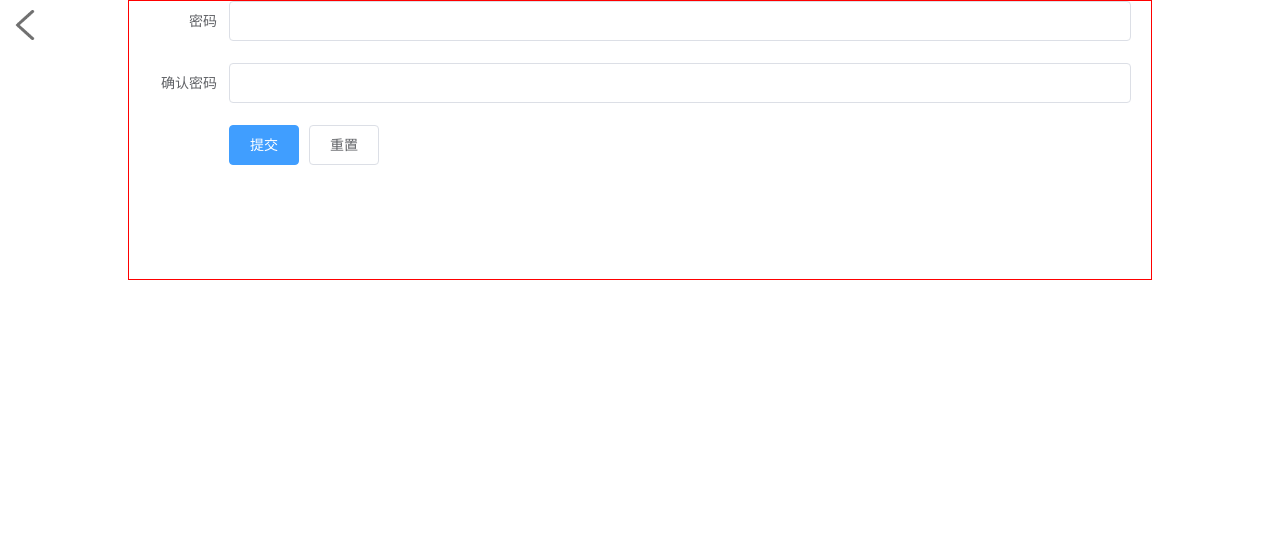
Repository: panlin520-team/lnmj-staffH5
Page: /#/forgetpassword
The author's editor kept a copy of each file at every save. The page is drawn from the files as they stood at one save, then again after the next save.
The browser window is 1280 px wide. The pictures show the whole page.
The project was rebuilt for these pictures with package versions that can differ from the ones it lists, and the page was loaded fresh each time. Also part of the build but not shown: src/views/Lojin.vue.

Above is the page before, as saved 2020-04-08 11:51:52.

### src/main.js
import Vue from 'vue'
import App from './App.vue'
import router from './router'
import store from './store'
import ElementUI from 'element-ui'
import '@/assets/scss/reset.less'
import 'element-ui/lib/theme-chalk/index.css';
Vue.use(ElementUI)


Vue.config.productionTip = false

new Vue({
  router,
  store,
  render: h => h(App)
}).$mount('#app')

### src/App.vue
<template>
  <div id="app">
    <router-view />
  </div>
</template>
<script>
export default {
  data() {
    return {
    };
  },
  created() {},
  methods: {
  }
};
</script>
<style lang="less">
</style>

### src/router/index.js
import Vue from 'vue'
import VueRouter from 'vue-router'
import Lojin from '../views/Lojin.vue'

Vue.use(VueRouter)

const routes = [
  //首页登录
  {
    path: '/',
    name: 'Lojin',
    component: Lojin
  },
  //首页登录
  {
    path: '/Lojin',
    name: 'Lojin',
    component: Lojin
  },
  //用户注册
  {
    path: '/register',
    name: 'Register',
    component: () => import('../views/Register.vue')
  },
  //用户忘记密码
  {
    path: '/forgetpassword',
    name: 'Forgetpassword',
    component: () => import('../views/Forgetpassword.vue')
  },
  //登录首页
  {
    path: '/homepage',
    name: 'Homepage',
    component: () => import('../views/Homepage.vue')
  },
]

const router = new VueRouter({
  routes
})

export default router

### src/assets/scss/reset.less
* {
  margin: 0;
  padding: 0;
}

div {
  box-sizing: border-box;
  -webkit-tap-highlight-color: rgba(0, 0, 0, 0);
  // -webkit-user-select: none;
}

img {
  border: 0;
}

ul,
ol {
  list-style: none;
}

textarea {
  // 禁止调节文本域尺寸
  resize: none;
  outline-style: none;
  -webkit-appearance: none;
}

input,
button {
  outline-style: none;
  box-sizing: border-box;
  border: none;
}

// 输入框提示文本颜色设置
input::-moz-focus-inner {
  border: 0;
}

input::-webkit-input-placeholder {
  /* WebKit browsers */
  color: #BBB;
}

input::-moz-placeholder {
  /* Mozilla Firefox 19+ */
  color: #BBB;
}

input:-ms-input-placeholder {
  /* Internet Explorer 10+ */
  color: #BBB;
}

html,
body {
  width: 100%;
  height: 100%;
}

body {
  background-color: #ffffff;
  font-family: "Helvetica Neue", Helvetica, "PingFang SC", "Hiragino Sans GB", "Microsoft YaHei", "微软雅黑", Arial, sans-serif;
  font-size: 14px;
  color: #101010;
}

#app {
  position: relative;
  width: 100%;
  height: 100%;
}

// 滚动条尺寸
div::-webkit-scrollbar {
  width: 10px;
  height: 10px;
}

// 滚动条内部方块
// div::-webkit-scrollbar-thumb {
//   border-radius: 10px;
//   box-shadow: inset 0 0 5px rgba(0, 0, 0, 0.2);
//   background: #52BD3A;
// }

// 滚动条轨道
// div::-webkit-scrollbar-track {
//   box-shadow: inset 0 0 5px rgba(0, 0, 0, 0.2);
//   border-radius: 10px;
//   background: rgba(0, 0, 0, 0.1);
// }

.topBand {
  width: 100%;
  height: 80px;
  background: #23A547;
  display: flex;
  position: fixed;
  top: 0;
  left: 0;
  z-index: 100;
}

.container {
  display: flex;
  background: #ffffff;
  padding-top: 80px;
  z-index: 99;
  height: 100%;

  .aside {
    width: 200px;
    min-width: 200px;
    overflow: hidden;
    white-space: nowrap;
    text-overflow: ellipsis;
    position: fixed;
    top: 80px;
    bottom: 0;
    left: 0;
  }

  .main {
    flex: 1;

    &.active {
      padding-left: 200px;
    }
  }
}

.footer {
  height: 80px;
  background: #23A547;
}

.scrollX {
  overflow-x: auto;
  overflow-y: hidden;
}

.scrollY {
  overflow-x: hidden;
  overflow-y: auto;
}

.popPage {
  position: fixed;
  top: 0;
  left: 0;
  width: 100%;
  height: 100%;
  padding: 20px;
  z-index: 100;
  background-color: #ffffff;
}

.nowrap {
  overflow: hidden;
  white-space: nowrap;
  text-overflow: ellipsis;
}

.btn-pointer {
  cursor: pointer;
}

### src/views/Forgetpassword.vue
 <!--修改密码-->
<template>
  <div class="forgetpassword">
    <div class="imgs" @click="returnLojin">
      <img src="../assets/images/icon-left.png" alt />
    </div>
    <div class="changepassword">
      <el-form
        :model="ruleForm"
        status-icon
        :rules="rules"
        ref="ruleForm"
        label-width="100px"
        class="demo-ruleForm"
      >
        <el-form-item label="密码" prop="pass">
          <el-input type="password" v-model="ruleForm.pass" autocomplete="off"></el-input>
        </el-form-item>
        <el-form-item label="确认密码" prop="checkPass">
          <el-input type="password" v-model="ruleForm.checkPass" autocomplete="off"></el-input>
        </el-form-item>
        <el-form-item>
          <el-button type="primary" @click="submitForm('ruleForm')">提交</el-button>
          <el-button @click="resetForm('ruleForm')">重置</el-button>
        </el-form-item>
      </el-form>
    </div>
  </div>
</template>


<script>
export default {
  name: "forgetpassword",
  components: {},
  data() {
    //输入密码
    var validatePass = (rule, value, callback) => {
      if (value === "") {
        callback(new Error("请输入密码"));
      } else {
        if (this.ruleForm.checkPass !== "") {
          this.$refs.ruleForm.validateField("checkPass");
        }
        callback();
      }
    };
    var validatePass2 = (rule, value, callback) => {
      if (value === "") {
        callback(new Error("请再次输入密码"));
      } else if (value !== this.ruleForm.pass) {
        callback(new Error("两次输入密码不一致!"));
      } else {
        callback();
      }
    };
    return {
      //修改密码数据
      ruleForm: {
        pass: "",
        checkPass: ""
      },

      //验证规则
      rules: {
        pass: [{ validator: validatePass, trigger: "blur" }],
        checkPass: [{ validator: validatePass2, trigger: "blur" }]
      }
    };
  },
  created() {},
  methods: {
    //返回登录页面
    returnLojin() {
      const _this = this;
      _this.$router.replace("/Lojin");
    },
    //验证成功
    submitForm(formName) {
      this.$refs[formName].validate(valid => {
        if (valid) {
          alert("submit!");
        } else {
          console.log("error submit!!");
          return false;
        }
      });
    },
    resetForm(formName) {
      this.$refs[formName].resetFields();
    }
  }
};
</script>

<style lang="less" scoped>
.forgetpassword {
  width: 100%;
  height: 100%;
  position: relative;
  .imgs {
    width: 50px;
    height: 50px;
    padding: 10px;
    img {
      width: 100%;
      height: 100%;
    }
  }
  .changepassword {
    position: absolute;
    top: 0;
    bottom: 0;
    right: 0;
    left: 0;
    width: 80%;
    height: 280px;
    margin-top: 20px;
    margin: 0 auto;
    border: 1px solid red;
    .el-form {
      margin-right: 20px;
    }
  }
}
</style>

Loaded but not shown: public/index.html (common file); src/store/index.js (common file)

After the next save:
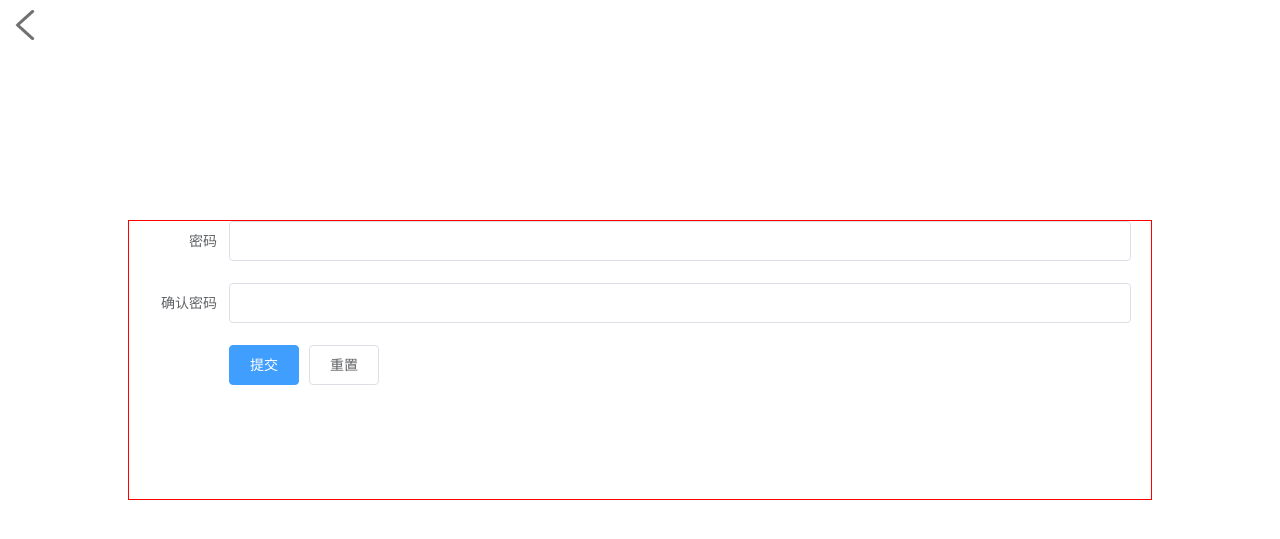
Saved 27 s later.
--- a/src/views/Forgetpassword.vue
+++ b/src/views/Forgetpassword.vue
@@ -116,7 +116,7 @@ export default {
     width: 80%;
     height: 280px;
     margin-top: 20px;
-    margin: 0 auto;
+    margin: auto;
     border: 1px solid red;
     .el-form {
       margin-right: 20px;
